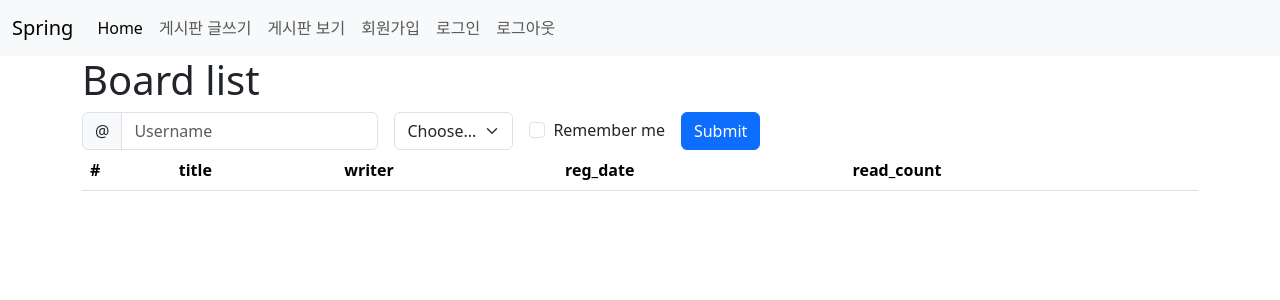
Repository: kimnoanoa/springTest240430
Page: http://localhost/spring_study/WEB-INF/views/board/list.jsp
The author's editor kept a copy of each file at every save. The page is drawn from the files as they stood at one save, then again after the next save.
The browser window is 1280 px wide. The pictures show the whole page.
The page is served by Tomcat 9. Nobody is signed in. The template is opened directly, without the code that normally fills it, so the values that code supplies are empty.

Above is the page before, as saved 2024-04-24 08:09:56.

After the next save:
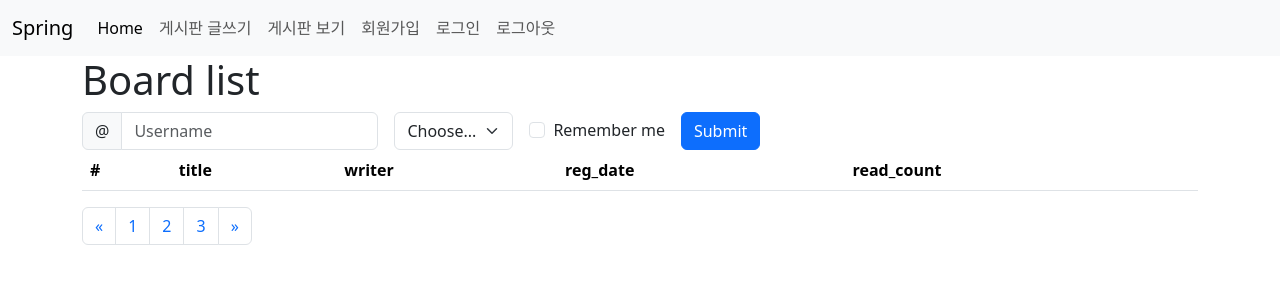
Saved 46 s later.
--- a/spring_study/src/main/webapp/WEB-INF/views/board/list.jsp
+++ b/spring_study/src/main/webapp/WEB-INF/views/board/list.jsp
@@ -62,5 +62,22 @@
 	</table>
 
 	<!-- 페이지네이션 -->
+	<nav aria-label="Page navigation example">
+  <ul class="pagination">
+    <li class="page-item">
+      <a class="page-link" href="#" aria-label="Previous">
+        <span aria-hidden="true">&laquo;</span>
+      </a>
+    </li>
+    <li class="page-item"><a class="page-link" href="#">1</a></li>
+    <li class="page-item"><a class="page-link" href="#">2</a></li>
+    <li class="page-item"><a class="page-link" href="#">3</a></li>
+    <li class="page-item">
+      <a class="page-link" href="#" aria-label="Next">
+        <span aria-hidden="true">&raquo;</span>
+      </a>
+    </li>
+  </ul>
+</nav>
 </div>
 <jsp:include page="../layout/footer.jsp"></jsp:include>
